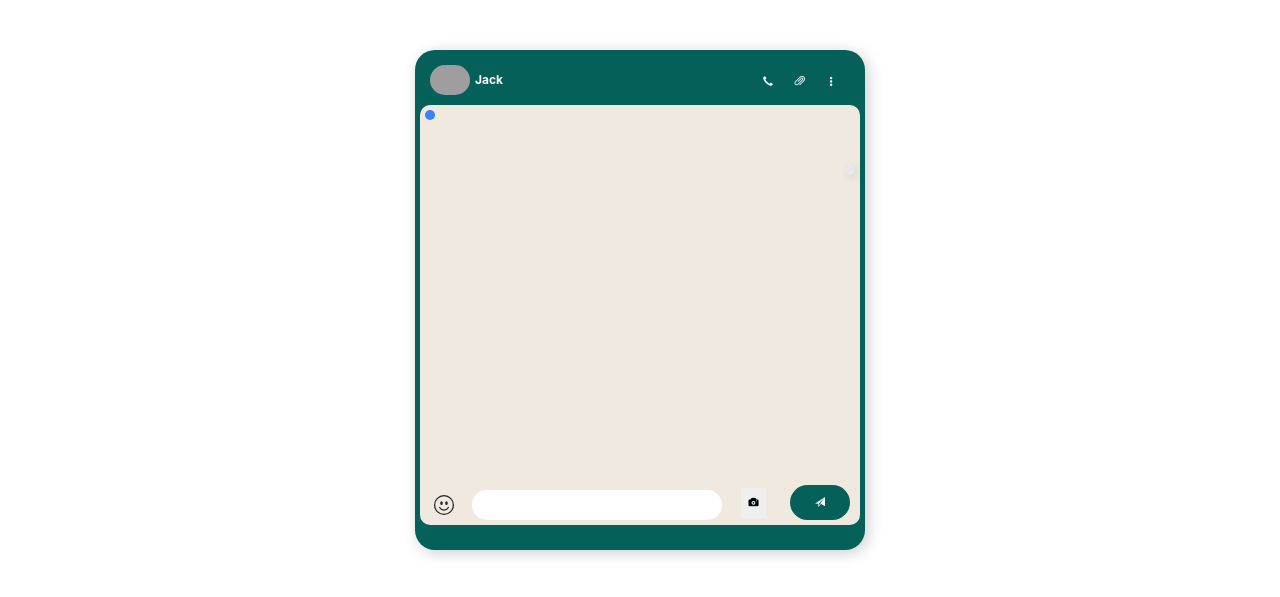
Repository: sibi24sibi/php-mysql-manal-chatbot
Page: http://localhost/
An editor plug-in stored every save of this project. The page is shown before and after the next save, followed by the edit.
The browser window is 1280 px wide. The pictures show the whole page.
Pictures or frames that could not be fetched are drawn as grey boxes. The page is run by PHP 8.4 with error messages shown; the project is at /var/www/html/.

Above is the page before, as saved 2023-01-15 15:18:14.

### index.php
<!DOCTYPE html>
<html lang="en">
<head>
    <meta charset="UTF-8">
    <meta http-equiv="X-UA-Compatible" content="IE=edge">
    <meta name="viewport" content="width=device-width, initial-scale=1.0">
    <title>Document</title>
    <link rel="stylesheet" href="style.css">
    <link href="//maxcdn.bootstrapcdn.com/bootstrap/3.3.6/css/bootstrap.min.css" type="text/css" rel="stylesheet">
    <link rel="stylesheet" href="https://cdn.jsdelivr.net/npm/bootstrap@4.6.2/dist/css/bootstrap.min.css" integrity="sha384-xOolHFLEh07PJGoPkLv1IbcEPTNtaed2xpHsD9ESMhqIYd0nLMwNLD69Npy4HI+N" crossorigin="anonymous">
</head>
<body>
    <div class="bot-windows">
        <div class="bot-window-materail">

            <div class="profile d-flex">

                <div class="profile-pic p-2 bd-highlight">
                    <img src="https://cdn.statusqueen.com/dpimages/thumbnail/anime_boy_dp-2331.jpg" alt="" srcset="">
                </div>
                <div class="profile-name align-self-center">
                    Jack
                </div>

                <div class="window-option ml-auto align-self-center">
                    <button type="button" class="btn btn-default" aria-label="Left Align">
                        <span class="glyphicon glyphicon-earphone" style="color:aliceblue" aria-hidden="true"></span>
                    </button>
                    <button type="button" class="btn btn-default" aria-label="Left Align">
                        <span class="glyphicon glyphicon-paperclip" style="color:aliceblue" aria-hidden="true"></span>
                    </button>
                    <button type="button" class="btn btn-default" aria-label="Left Align">
                        <span class="glyphicon glyphicon-option-vertical" style="color:aliceblue" aria-hidden="true"></span>
                    </button>
                </div>

            </div>
        </div>

             <div class="flex-container  chat-screen ">





                <div id="body flex-items">

                        <div class="userSection">
                        <div class="messages user-message">

                        </div>
                        <div class="seperator"></div>
                        </div>
                        <div class="botSection">
                        <div class="messages bot-reply">

                        </div>
                        <div class="seperator"></div>
                        </div>
                </div>


                <div class="bottom-tools d-flex flex-items">

                        <button type="button" class="btn btn-default align-self-center " aria-label="Left Align">
                            <svg xmlns="http://www.w3.org/2000/svg" width="20" height="20" fill="currentColor" class="bi bi-emoji-smile" viewBox="0 0 16 16">
                                <path d="M8 15A7 7 0 1 1 8 1a7 7 0 0 1 0 14zm0 1A8 8 0 1 0 8 0a8 8 0 0 0 0 16z"/>
                                <path d="M4.285 9.567a.5.5 0 0 1 .683.183A3.498 3.498 0 0 0 8 11.5a3.498 3.498 0 0 0 3.032-1.75.5.5 0 1 1 .866.5A4.498 4.498 0 0 1 8 12.5a4.498 4.498 0 0 1-3.898-2.25.5.5 0 0 1 .183-.683zM7 6.5C7 7.328 6.552 8 6 8s-1-.672-1-1.5S5.448 5 6 5s1 .672 1 1.5zm4 0c0 .828-.448 1.5-1 1.5s-1-.672-1-1.5S9.448 5 10 5s1 .672 1 1.5z"/>
                            </svg>
                        </button>
                        <input type="search" id="userInput" class="send-box mr-auto p-2 align-self-center" placeholder="" aria-label="Search" aria-describedby="search-addon"  name="messages"/>

                    <button type="button" class="camera align-self-center p-2 bd-highlight" aria-label="Left Align">
                        <span class="glyphicon glyphicon-camera" style="color:black" aria-hidden="true"></span>
                    </button>
                    <button id="send" class="send-button align-self-center send ml-auto p-2 bd-highlight" aria-label="Left Align">
                        <span class="glyphicon glyphicon-send" style="color:white" aria-hidden="true"></span>
                    </button>
                </div>

            </div>


    </div>


      <script type="text/javascript">

      document.querySelector("#send").addEventListener("click", async () => {
        let xhr = new XMLHttpRequest();
        var userMessage = document.querySelector("#userInput").value

        let userHtml = '<div class="userSection">'+'<div class="messages user-message">'+userMessage+'</div>'+
        '<div class="seperator"></div>'+'</div>'

        document.querySelector('#body').innerHTML+= userHtml;

        xhr.open("POST", "query.php");
        xhr.setRequestHeader("Content-type", "application/x-www-form-urlencoded");
        xhr.send(`messageValue=${userMessage}`);

        xhr.onload = function () {
            let botHtml = '<div class="botSection">'+'<div class="messages bot-reply">'+this.responseText+'</div>'+
            '<div class="seperator"></div>'+'</div>'

            document.querySelector('#body').innerHTML+= botHtml;
        }

      })

    </script>

  </body>
  </html>

### style.css
body{
    margin: 0;
    padding: 0;
    display: flex;
    align-items: center;
    justify-content: center;
    font-family: "Rubik", sans-serif;
  }

  .bot-windows {
    margin: 50px 0;
    height: 500px;
    width: 450px;
    background-color:rgb(4, 96, 88);
    box-shadow: 3px 3px 15px rgba(0, 0, 0, 0.2) ;
    padding: 5px;
    border-radius: 20px;
  }
  .bot-window-materail {
    margin: 5px 5px 5px 5px;
    width: 450px;

  }
  .profile {
    color:white;
    font-size: larger;
    font-weight: bold;
  }
  .profile img {
    height: 30px;
    weight: 30px;
    border-radius: 50px;
  }

  .window-option {
    font-size: 20px;
    margin-right: 30px;

  }
  .chat-screen{
    background-color: rgb(240, 233, 224);
    border-radius: 10px;
    height:420px;
    justify-content: space-between;
  }
.send-box{
  border-color: transparent;
  box-shadow: transparent;
  background-color: rgb(255, 255, 255);
  border-radius: 50px;
  outline-color: transparent;
  height: 30px;
  width: 250px;
}
.send-button{
  background-color:rgb(4, 96, 88);
  border-radius: 40px;
  border-color: transparent;
  height: 35px;
  width: 60px;
  margin-left: 15px;
  margin-right: 10px;
  margin-bottom: 5px;
}
svg{
  margin-left: 5px;
  margin-right: 10px;
}
.input-group{
  margin-bottom: 5px;
}
.camera{
  margin-left: 5px;
  margin-right: 10px;
  margin-bottom: 5px;
  border-color: transparent;
  height: 30px;
}
.secure{
  background-color: bisque;
  padding: 10px;
  margin: 10px;
}

.userSection {
    width: 100%;
  }



  .user-message {
    margin-top: 1rem;
    text-align: left;
    background: #3B82F6;
    color: white;
    float: left;
  }

  .messages {
    max-width: 60%;
    margin: .5rem;
    font-size: 1.2rem;
    padding: .5rem;
    border-radius: 7px;
  }


  .seperator {
    width: 100%;
    height: 50px;
  }

  .bot-reply {
    text-align: right;
    background: #E5E7EB;
    margin-top: 1rem;
    float: right;
    color: black;
    box-shadow: 2px 2px 8px rgba(0, 0, 0, 0.1);
  }




  .flex-container {
    display: flex;
    flex-direction: column;
    flex-wrap: nowrap;
    justify-content: space-between;
    align-items: normal;
    align-content: normal;
  }

  .flex-items:nth-child(1) {
    display: block;
    flex-grow: 0;
    flex-shrink: 1;
    flex-basis: auto;
    align-self: auto;
    order: 0;
  }

  .flex-items:nth-child(2) {
    display: block;
    flex-grow: 0;
    flex-shrink: 1;
    flex-basis: auto;
    align-self: auto;
    order: 0;
  }

After the next save:
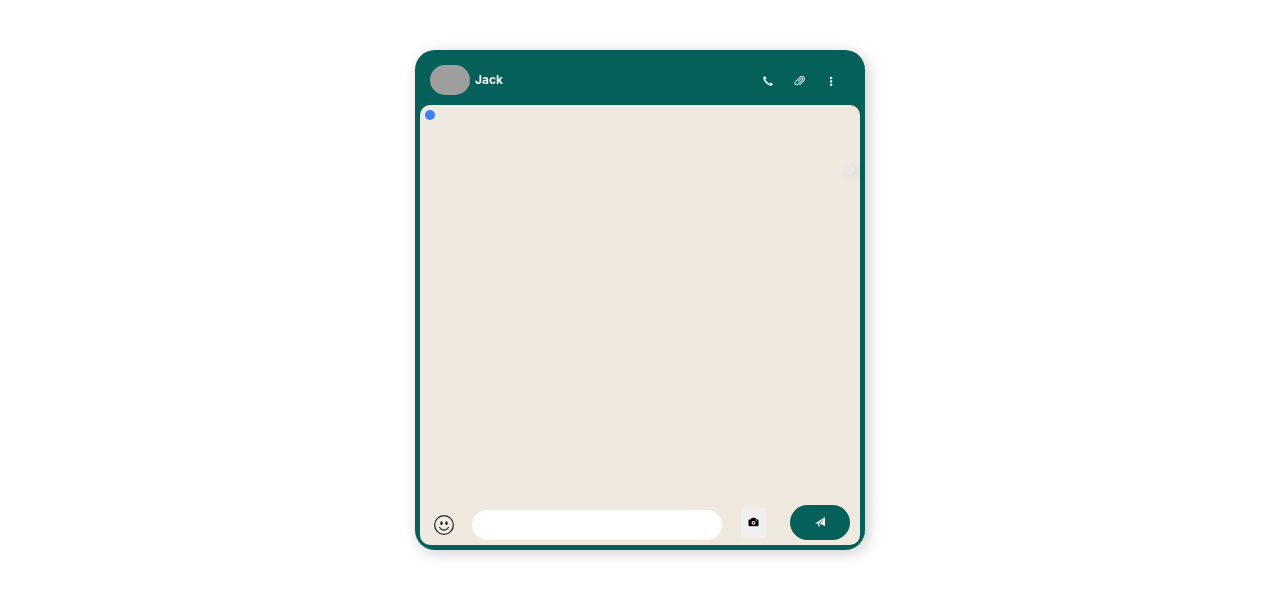
Saved 4 s later.
--- a/style.css
+++ b/style.css
@@ -40,7 +40,7 @@
   .chat-screen{
     background-color: rgb(240, 233, 224);
     border-radius: 10px;
-    height:420px;
+    height:440px;
     justify-content: space-between;
   }
 .send-box{
